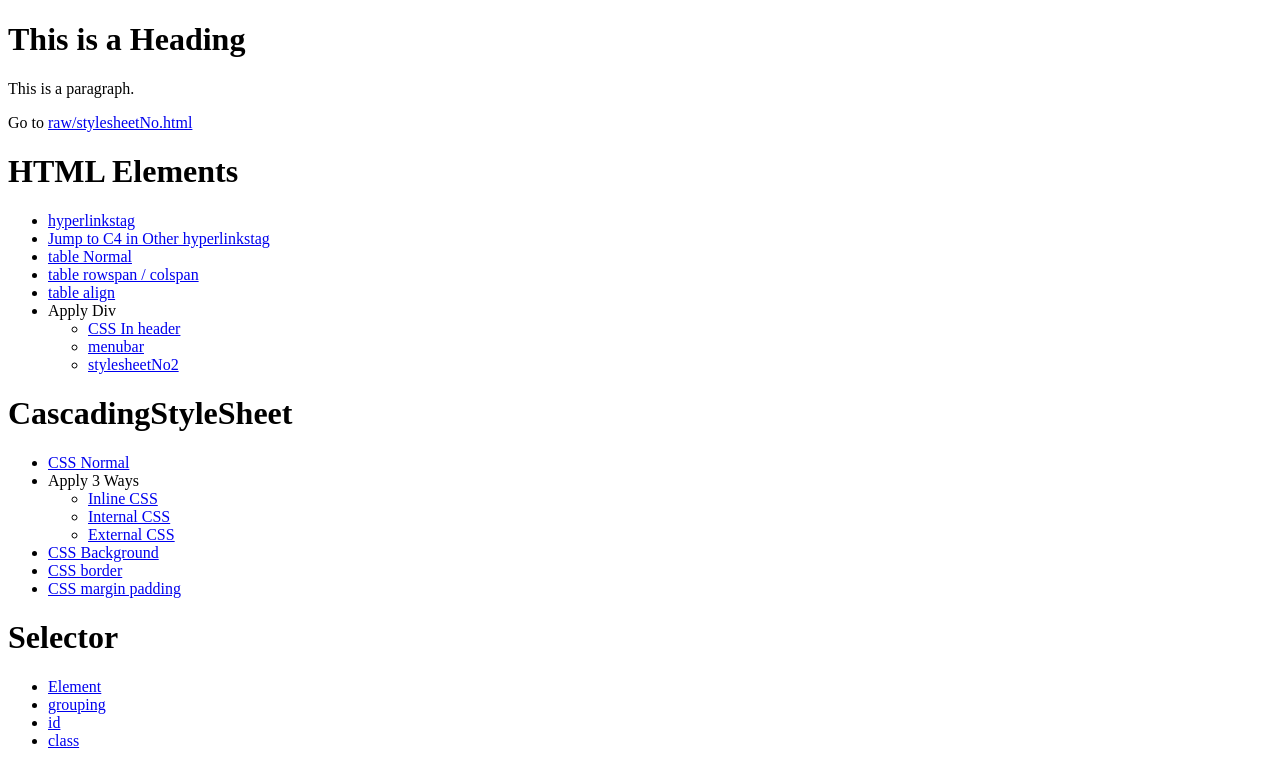
Repository: SanghunOh/learn_publising
Page: HtmlCss/WebContent/index.html
The author's editor kept a copy of each file at every save. The page is drawn from the files as they stood at one save, then again after the next save.
The browser window is 1280 px wide. The pictures show the whole page.

Above is the page before, as saved 2018-05-07 02:56:30.

After the next save:
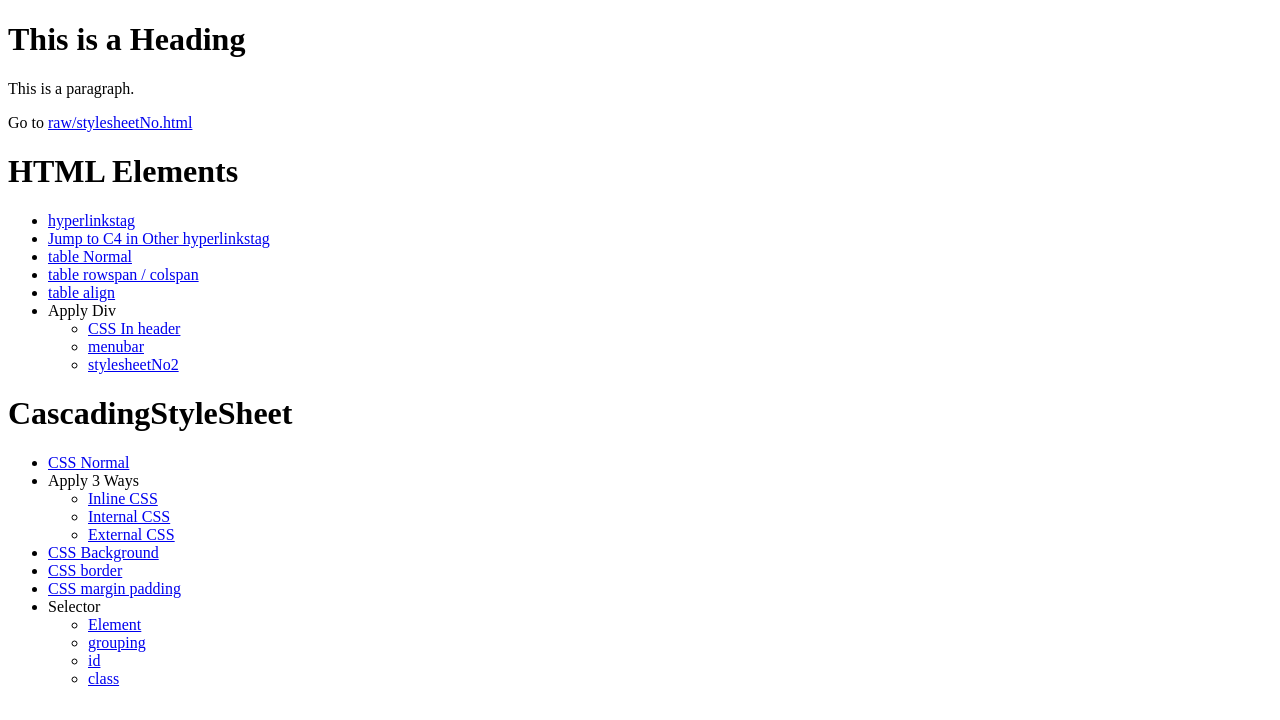
Saved 73 s later.
--- a/HtmlCss/WebContent/index.html
+++ b/HtmlCss/WebContent/index.html
@@ -49,15 +49,16 @@
 		<li><a href="CascadingStyleSheet/css_border.html">CSS border</a></li>
 		<li><a href="CascadingStyleSheet/css_marginpadding.html">CSS
 				margin padding</a></li>
+		<li>Selector
+			<ul>
+				<li><a href="selector/element.html">Element</a></li>
+				<li><a href="selector/grouping.html">grouping</a></li>
+				<li><a href="selector/id.html">id</a></li>
+				<li><a href="selector/class.html">class</a></li>
+			</ul>
+		</li>
 	</ul>
 
-	<h1>Selector</h1>
-	<ul>
-		<li><a href="selector/element.html">Element</a></li>
-		<li><a href="selector/grouping.html">grouping</a></li>
-		<li><a href="selector/id.html">id</a></li>
-		<li><a href="selector/class.html">class</a></li>
-	</ul>
 
 
 </body>
